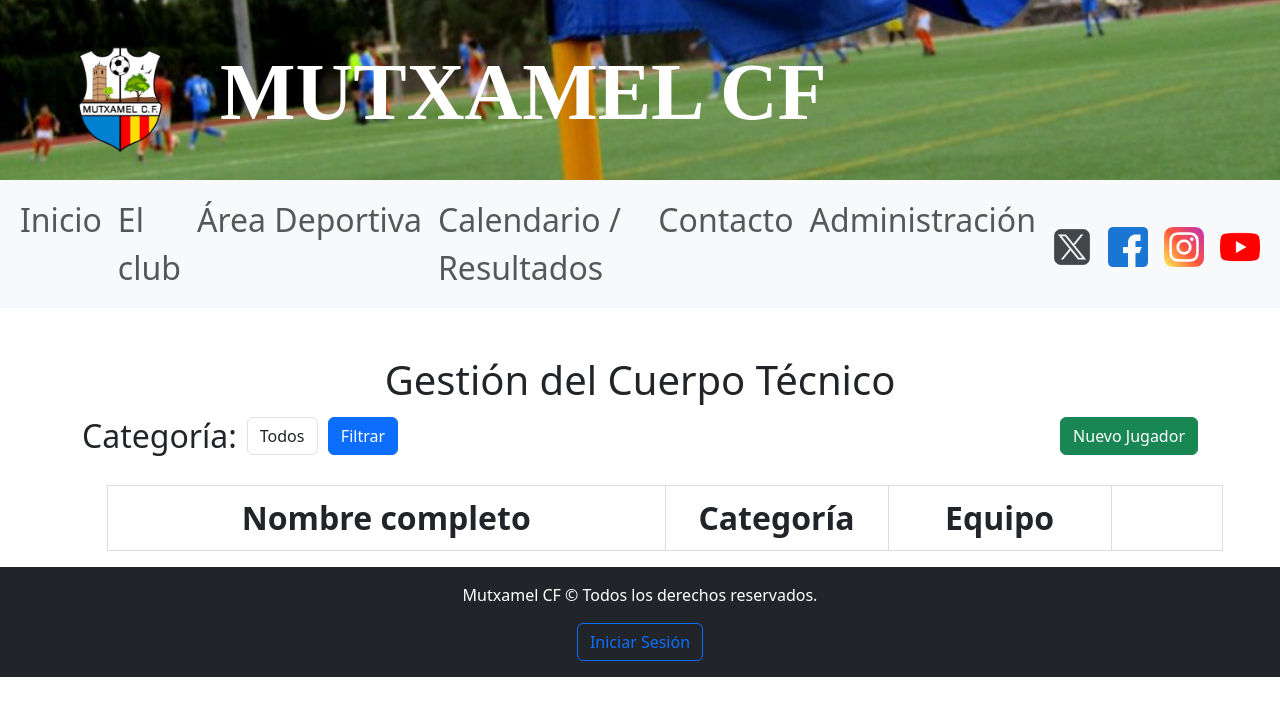
Repository: mikeluca/webMutxamelCF
Page: http://localhost/admin/cuerpo-tecnico
An editor plug-in stored every save of this project. The page is shown before and after the next save, followed by the edit.
The browser window is 1280 px wide. The pictures show the whole page.
Some web fonts or font styles are not loaded; a fallback is used. Some web libraries are served in a nearby version. The page is this project's Thymeleaf template; nobody is signed in. The template is opened directly, without the code that normally fills it, so the values that code supplies are empty.

Above is the page before, as saved 2024-10-29 15:00:49.

After the next save:
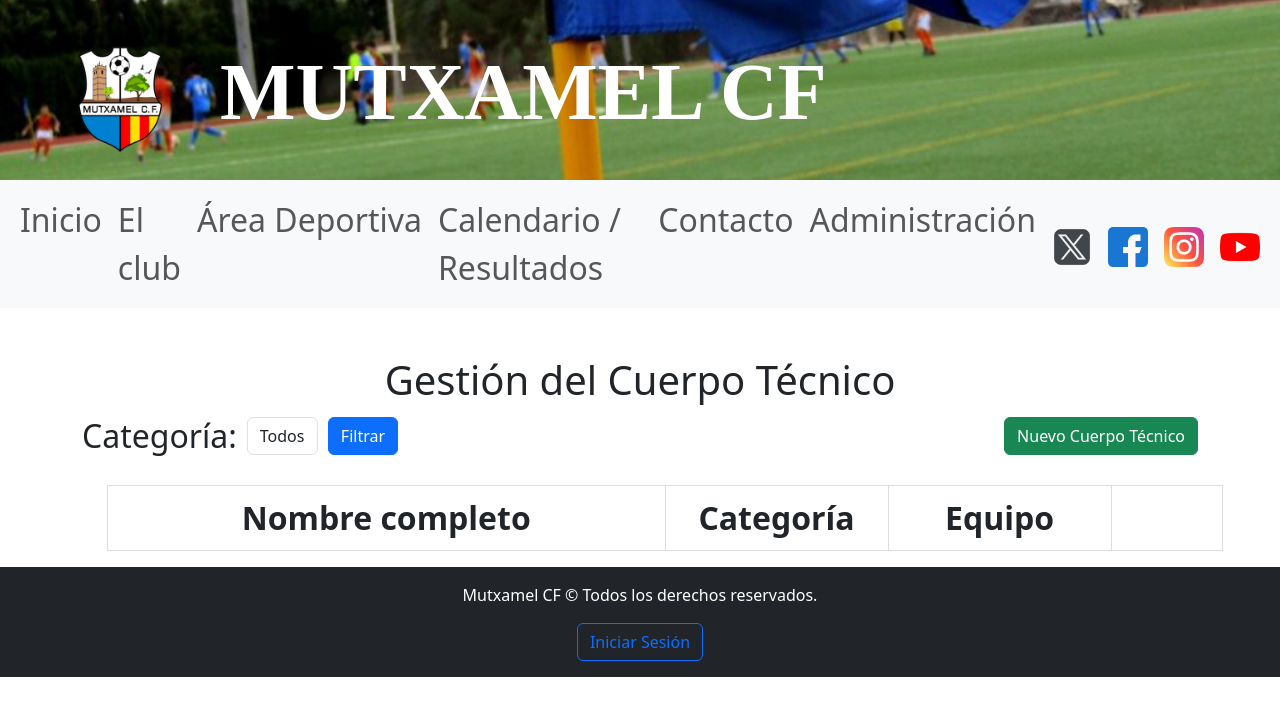
Saved 36 s later.
--- a/mvc/src/main/resources/templates/admin/cuerpo-tecnico.html
+++ b/mvc/src/main/resources/templates/admin/cuerpo-tecnico.html
@@ -20,21 +20,16 @@
 
 		<div class=" d-flex justify-content-between align-items-center mb-4"> <!-- Contenedor flex para alineación -->
 			<!-- Filtro por categoría -->
-			<form class="form-inline d-flex align-items-center mr-2" action="/admin/jugadores" method="get">
+			<form class="form-inline d-flex align-items-center mr-2" action="/admin/cuerpo-tecnico" method="get">
 				<label for="categoria" class="mr-2 mb-0" style="margin-right: 10px;">Categoría:</label>
-				<!-- mb-0 elimina el margen inferior -->
 				<select id="categoria" name="categoria" class="form-control mr-3" style="margin-right: 10px;">
-					<!-- Añadido mr-3 para margen derecho -->
 					<option value="">Todos</option> <!-- Opción para "Todos" -->
 					<option th:each="categoria : ${categorias}" th:value="${categoria}" th:text="${categoria}"></option>
 				</select>
 				<button type="submit" class="btn btn-primary mr-3">Filtrar</button>
-				<!-- Añadido mr-3 para margen derecho -->
 			</form>
-
-			<!-- Botón para nuevo jugador alineado a la derecha -->
-			<button class="btn btn-success" data-toggle="modal" data-target="#jugadorModal"
-				onclick="limpiarFormulario()">Nuevo Jugador</button>
+			<button class="btn btn-success" data-toggle="modal" data-target="#cuerpoTecnicoModal"
+				onclick="limpiarFormulario()">Nuevo Cuerpo Técnico</button>
 		</div>
 
 		<!-- Tabla del cuerpo técnico -->
